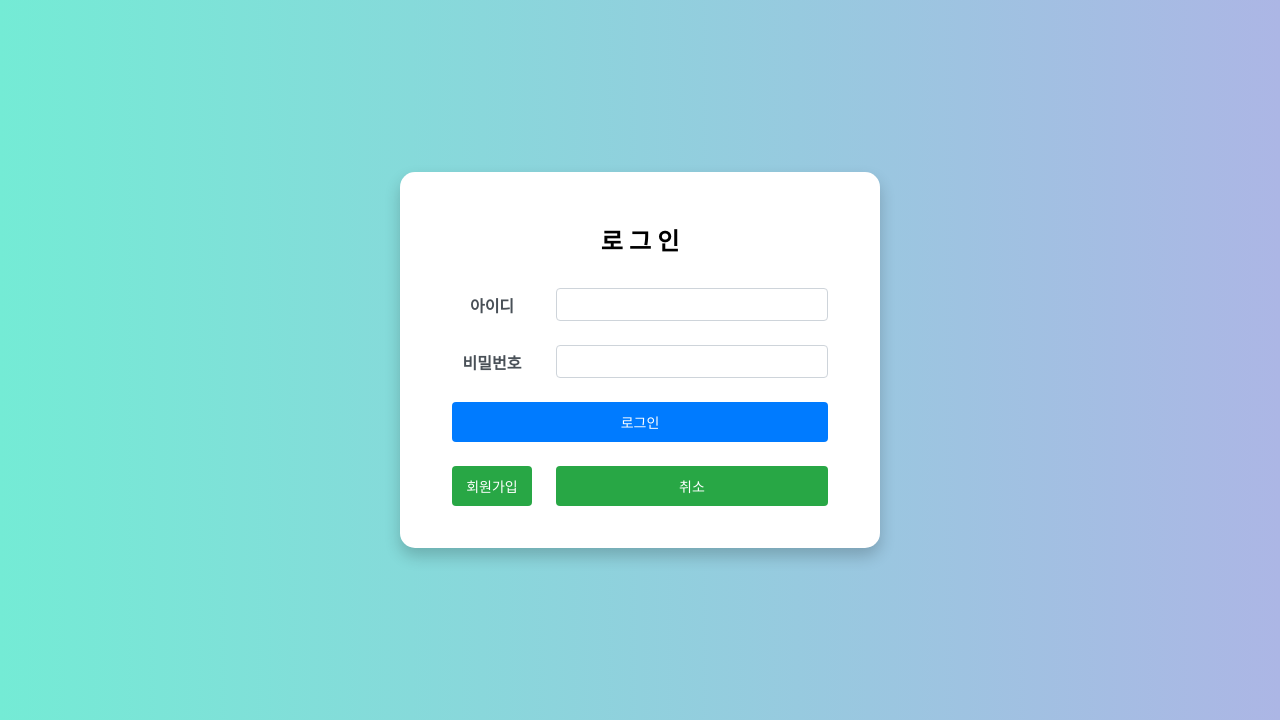
Repository: 1plus1equals3-true/Board-Project
Page: http://localhost/jsp/member/Login.jsp
These files come from the project's save history. The page is drawn as it stood at one moment and after the next save; the edit follows.
The browser window is 1280 px wide. The pictures show the whole page.
The page is served by Tomcat 9. Other server files are loaded and not shown.

Above is the page before, as saved 2025-09-24 07:39:54.

### jsp/src/main/webapp/member/Login.jsp
<%@ page language="java" contentType="text/html; charset=UTF-8"
    pageEncoding="UTF-8"%>
<%@ page import="java.util.Date" %>
<%@ page import="java.text.SimpleDateFormat" %>
<!DOCTYPE html>
<html>
<head>
<meta charset="UTF-8">
<title>로그인</title>
<style>
body {
        font-family: 'Segoe UI', Tahoma, Geneva, Verdana, sans-serif;
        background: linear-gradient(to right, #74ebd5, #ACB6E5);
        margin: 0;
        padding: 0;
        display: flex;
        justify-content: center;
        align-items: center;
        height: 100vh;
    }
    form {
        background-color: white;
        padding: 30px 40px;
        border-radius: 15px;
        box-shadow: 0 8px 16px rgba(0,0,0,0.2);
        width: 400px;
        animation: fadeIn 0.8s ease-in-out;
    }
    @keyframes fadeIn {
        from { opacity: 0; transform: translateY(-20px); }
        to { opacity: 1; transform: translateY(0); }
    }
.login-form {
    justify-content: center;
    align-items: center;
    margin: 50px auto;
}

.login-form table {
    width: 100%;
    max-width: 400px;
    border-collapse: collapse;
    background-color: #fff;
    border-radius: 8px;
}

.login-form td {
    padding: 12px;
    text-align: left;
}

.login-form tr td:first-child {
    font-weight: bold;
    color: #495057;
    text-align: center;
    width: 80px;
}

.login-form input[type="text"],
.login-form input[type="password"] {
    width: 100%;
    padding: 8px 10px;
    border: 1px solid #ced4da;
    border-radius: 4px;
    box-sizing: border-box;
}

.login-form input[type="submit"],
.login-form .btn-join {
    width: 100%;
    padding: 10px;
    border: none;
    border-radius: 4px;
    font-size: 14px;
    cursor: pointer;
    transition: background-color 0.3s ease;
    box-sizing: border-box;
}

.login-form input[type="submit"] {
    background-color: #007bff;
    color: white;
    height: 100%;
}

.login-form input[type="submit"]:hover {
    background-color: #0056b3;
}

.login-form .btn-join {
    background-color: #28a745;
    color: white;
}

.login-form .btn-join:hover {
    background-color: #218838;
}

.login-form a {
    text-decoration: none;
    display: block;
    height: 100%;
}
</style>
</head>
<body>



	<form action="Login_proc.jsp" method="post" class="login-form">
		<h2 style="text-align: center;">로 그 인</h2>
		<table>

		<tr>
			<td>아이디</td>
			<td colspan="2"><input type="text" name="loginid"></td>
		</tr>

		<tr>
			<td>비밀번호</td>
			<td colspan="2"><input type="password" name="loginpass"></td>
		</tr>

		<tr>
			<td colspan="3"><input type="submit" value="로그인"></td>
		</tr>

		<tr>
			<td colspan="1"><a href="Join.jsp"><button type="button" class="btn-join">회원가입</button></a></td>
			<td><a href="../board_proc/main_proc.jsp"><button type="button" class="btn-join">취소</button></a></td>
		</tr>

		</table>
	</form>
</body>
</html>

After the next save:
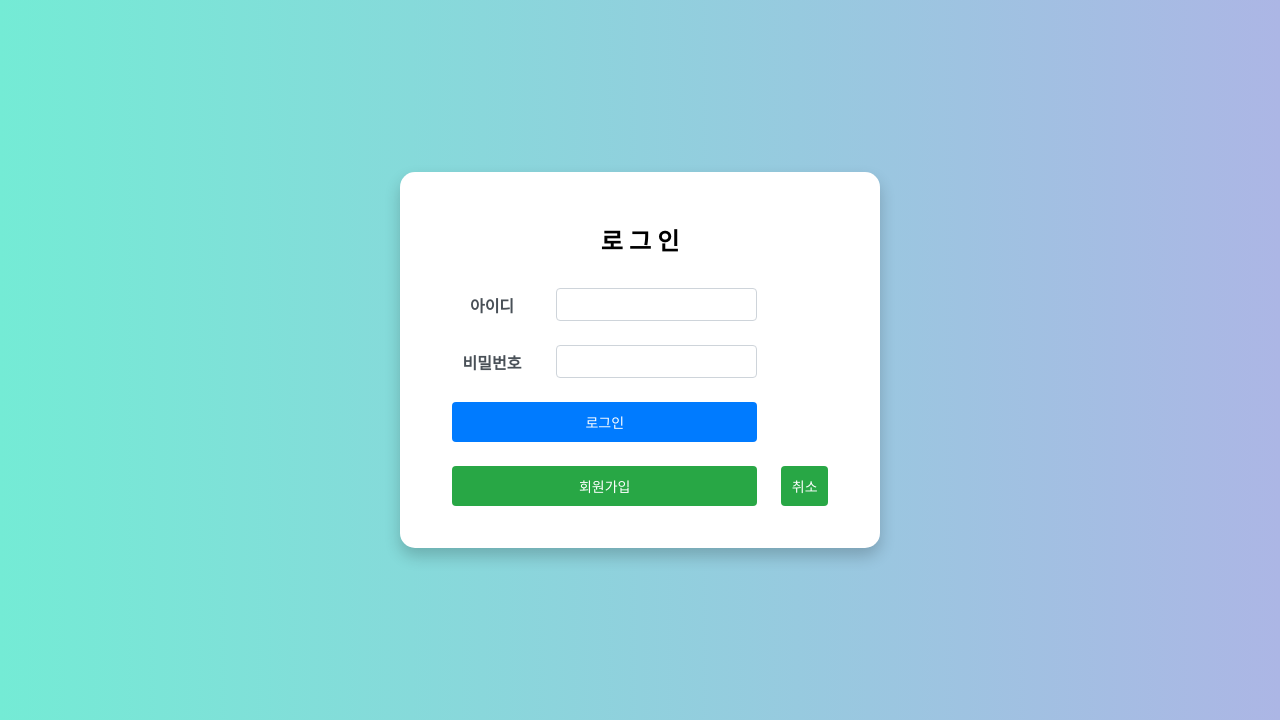
Saved 6 s later.
--- a/jsp/src/main/webapp/member/Login.jsp
+++ b/jsp/src/main/webapp/member/Login.jsp
@@ -126,7 +126,7 @@ body {
 		</tr>
 
 		<tr>
-			<td colspan="1"><a href="Join.jsp"><button type="button" class="btn-join">회원가입</button></a></td>
+			<td colspan="3"><a href="Join.jsp"><button type="button" class="btn-join">회원가입</button></a></td>
 			<td><a href="../board_proc/main_proc.jsp"><button type="button" class="btn-join">취소</button></a></td>
 		</tr>
 

After the save that followed:
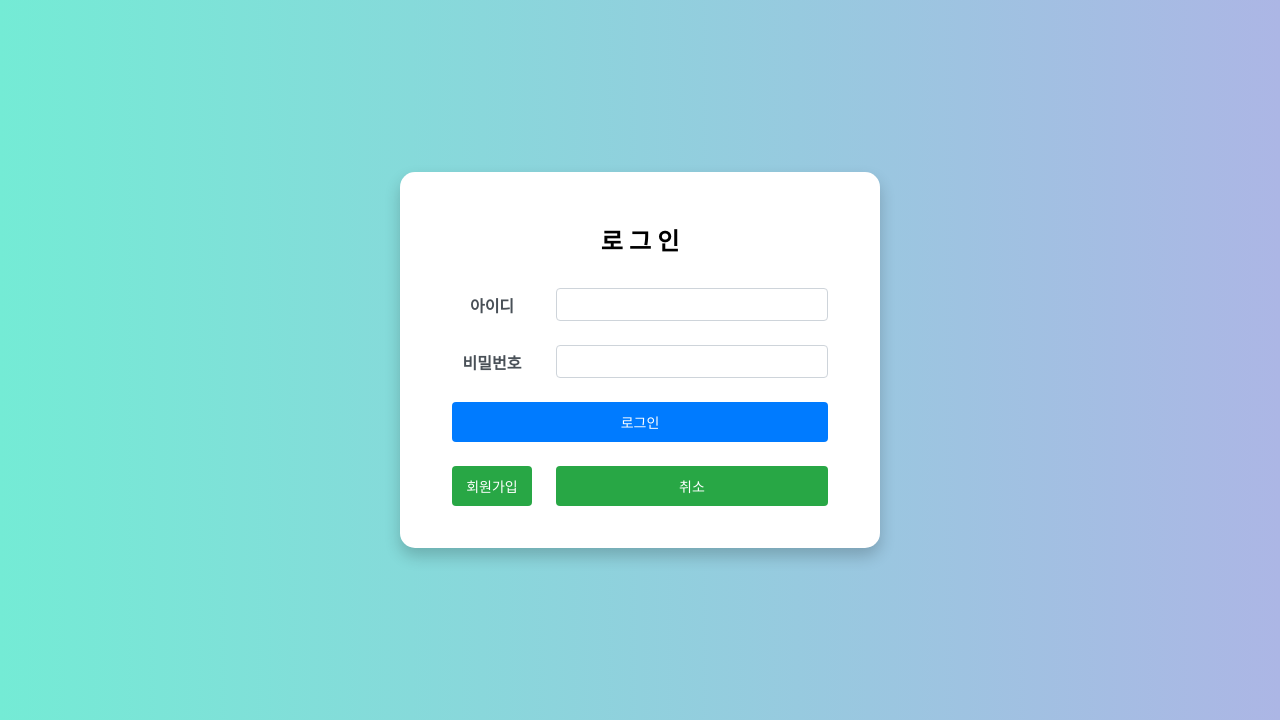
Saved 75 s later.
--- a/jsp/src/main/webapp/member/Login.jsp
+++ b/jsp/src/main/webapp/member/Login.jsp
@@ -113,16 +113,16 @@ body {
 
 		<tr>
 			<td>아이디</td>
-			<td colspan="2"><input type="text" name="loginid"></td>
+			<td colspan="3"><input type="text" name="loginid"></td>
 		</tr>
 
 		<tr>
 			<td>비밀번호</td>
-			<td colspan="2"><input type="password" name="loginpass"></td>
+			<td colspan="3"><input type="password" name="loginpass"></td>
 		</tr>
 
 		<tr>
-			<td colspan="3"><input type="submit" value="로그인"></td>
+			<td colspan="4"><input type="submit" value="로그인"></td>
 		</tr>
 
 		<tr>
